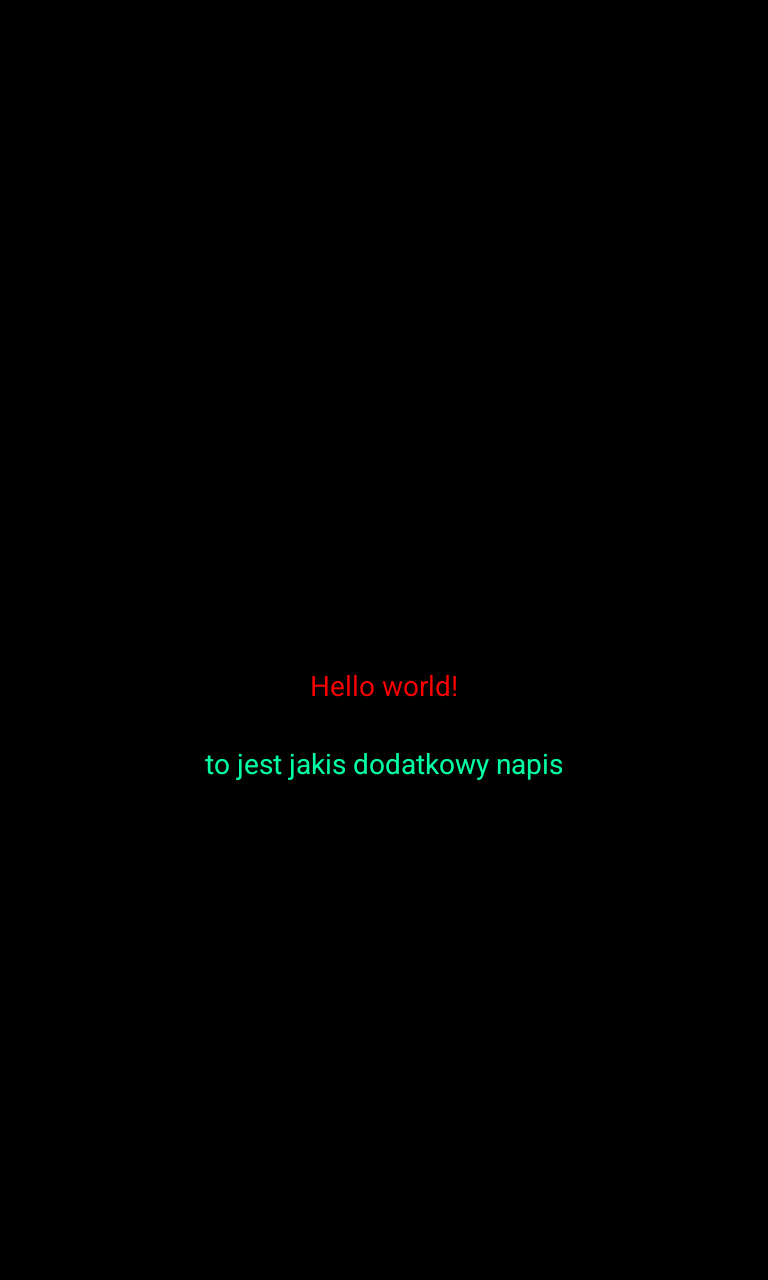
Repository: gabr/workspace
Layout: HelloWorld/res/layout/activity_main.xml
These files come from the project's save history. The layout is drawn as it stood at one moment and after the next save; the edit follows.
It is drawn on a 768 x 1280 px phone screen (xhdpi) without system bars, with theme AppTheme; the app's code is not run.

Above is the layout before, as saved 2012-12-09 20:23:08.

### HelloWorld/res/layout/activity_main.xml
<RelativeLayout xmlns:android="http://schemas.android.com/apk/res/android"
    xmlns:tools="http://schemas.android.com/tools"
    android:layout_width="match_parent"
    android:layout_height="match_parent"
    android:background="#ff000000"
    tools:context=".MainActivity" >

    <TextView
        android:id="@+id/textView1"
        android:layout_width="wrap_content"
        android:layout_height="wrap_content"
        android:layout_centerHorizontal="true"
		android:layout_marginTop="333dp"
        android:textColor="#ff0000"
        android:text="@string/hello_world" />

    <TextView
        android:id="@+id/textView2"
        android:layout_width="wrap_content"
        android:layout_height="wrap_content"
        android:layout_below="@+id/textView1"
        android:layout_centerHorizontal="true"
        android:layout_marginTop="20dp"
        android:textColor="#00ffa3"
        android:text="@string/new_string" />

</RelativeLayout>

### HelloWorld/res/values/strings.xml
<?xml version="1.0" encoding="utf-8"?>
<resources>

    <string name="app_name">HelloWorld</string>
    <string name="hello_world">Hello world!</string>
    <string name="menu_settings">Settings</string>
    <string name="new_string">to jest jakis dodatkowy napis</string>

</resources>

Loaded but not shown: HelloWorld/res/values/styles.xml (common file); HelloWorld/res/values-v11/styles.xml (common file); HelloWorld/res/values-v14/styles.xml (common file)

After the next save:
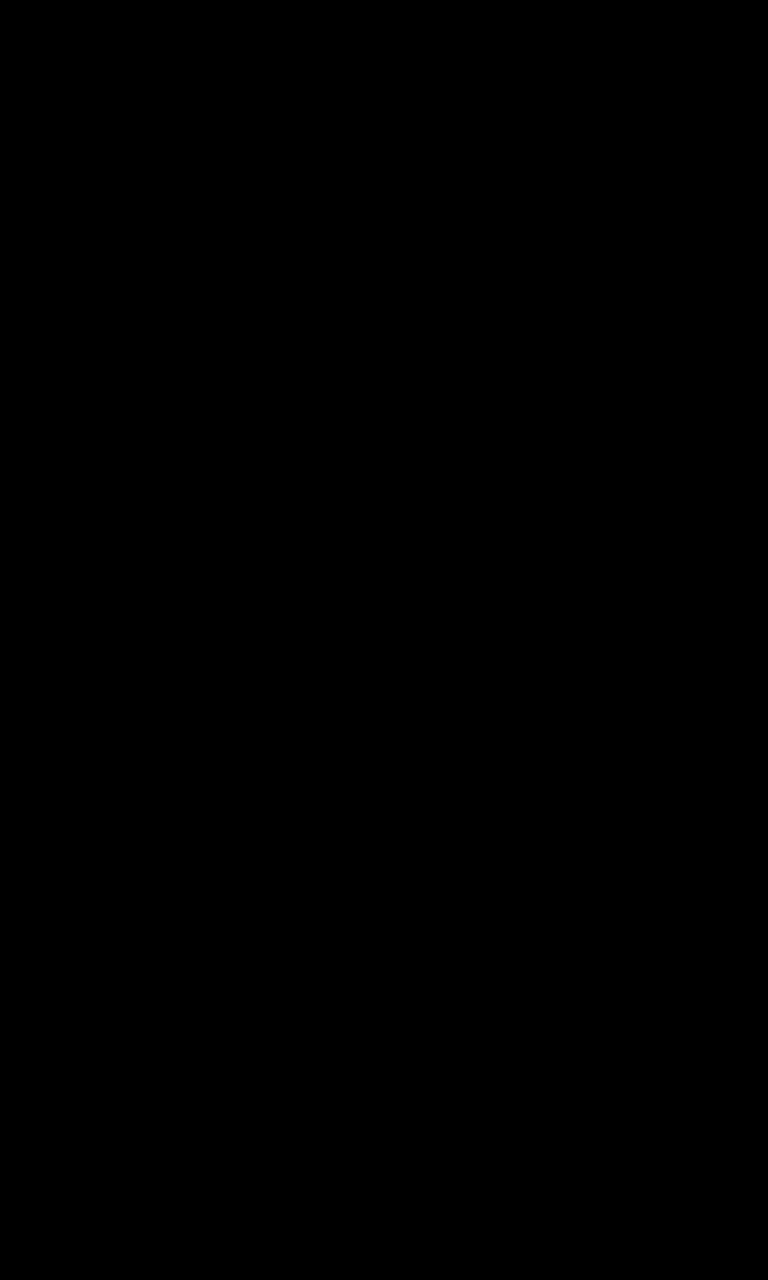
Saved 38 s later.
--- a/HelloWorld/res/layout/activity_main.xml
+++ b/HelloWorld/res/layout/activity_main.xml
@@ -11,7 +11,7 @@
         android:layout_height="wrap_content"
         android:layout_centerHorizontal="true"
 		android:layout_marginTop="333dp"
-        android:textColor="#ff0000"
+        android:textColor="#ff000000"
         android:text="@string/hello_world" />
 
     <TextView
@@ -21,7 +21,7 @@
         android:layout_below="@+id/textView1"
         android:layout_centerHorizontal="true"
         android:layout_marginTop="20dp"
-        android:textColor="#00ffa3"
+        android:textColor="#0000ffa3"
         android:text="@string/new_string" />
 
 </RelativeLayout>

After the save that followed:
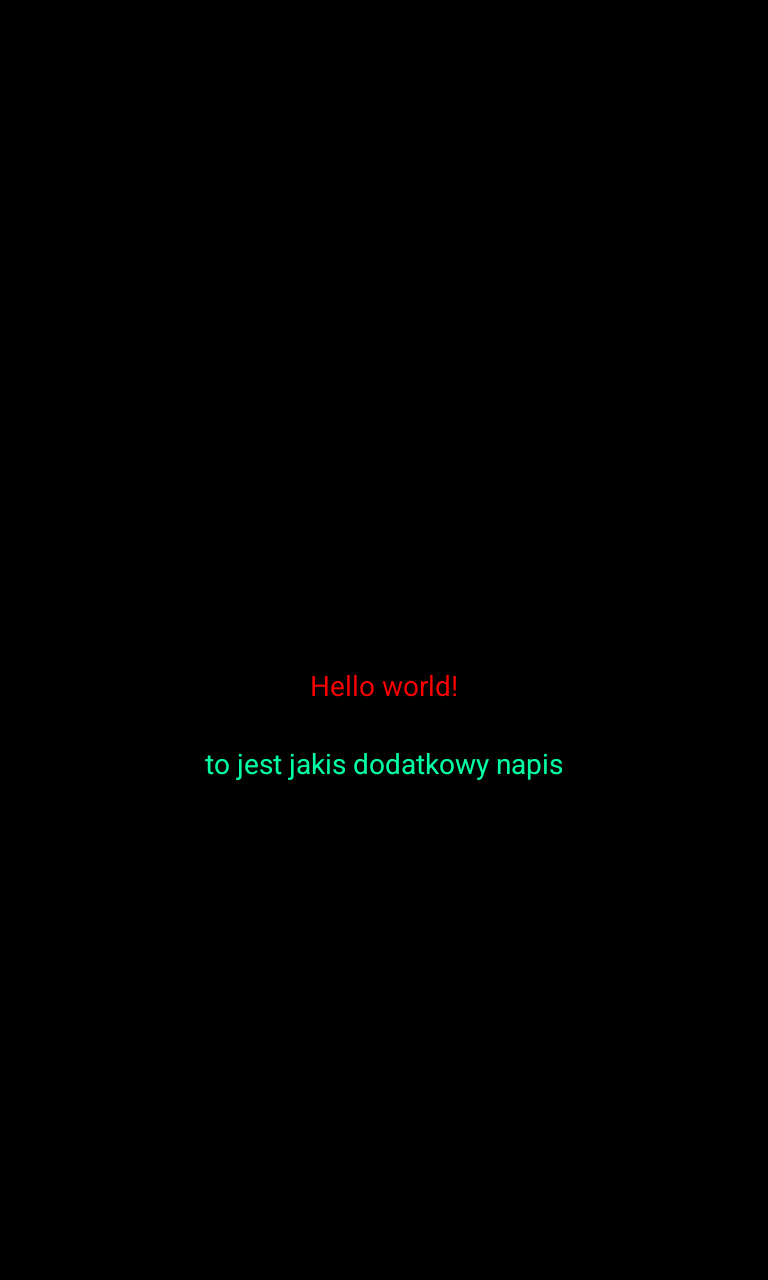
Saved 36 s later.
--- a/HelloWorld/res/layout/activity_main.xml
+++ b/HelloWorld/res/layout/activity_main.xml
@@ -11,7 +11,7 @@
         android:layout_height="wrap_content"
         android:layout_centerHorizontal="true"
 		android:layout_marginTop="333dp"
-        android:textColor="#ff000000"
+        android:textColor="#ffff0000"
         android:text="@string/hello_world" />
 
     <TextView
@@ -21,7 +21,7 @@
         android:layout_below="@+id/textView1"
         android:layout_centerHorizontal="true"
         android:layout_marginTop="20dp"
-        android:textColor="#0000ffa3"
+        android:textColor="#ff00ffa3"
         android:text="@string/new_string" />
 
 </RelativeLayout>
